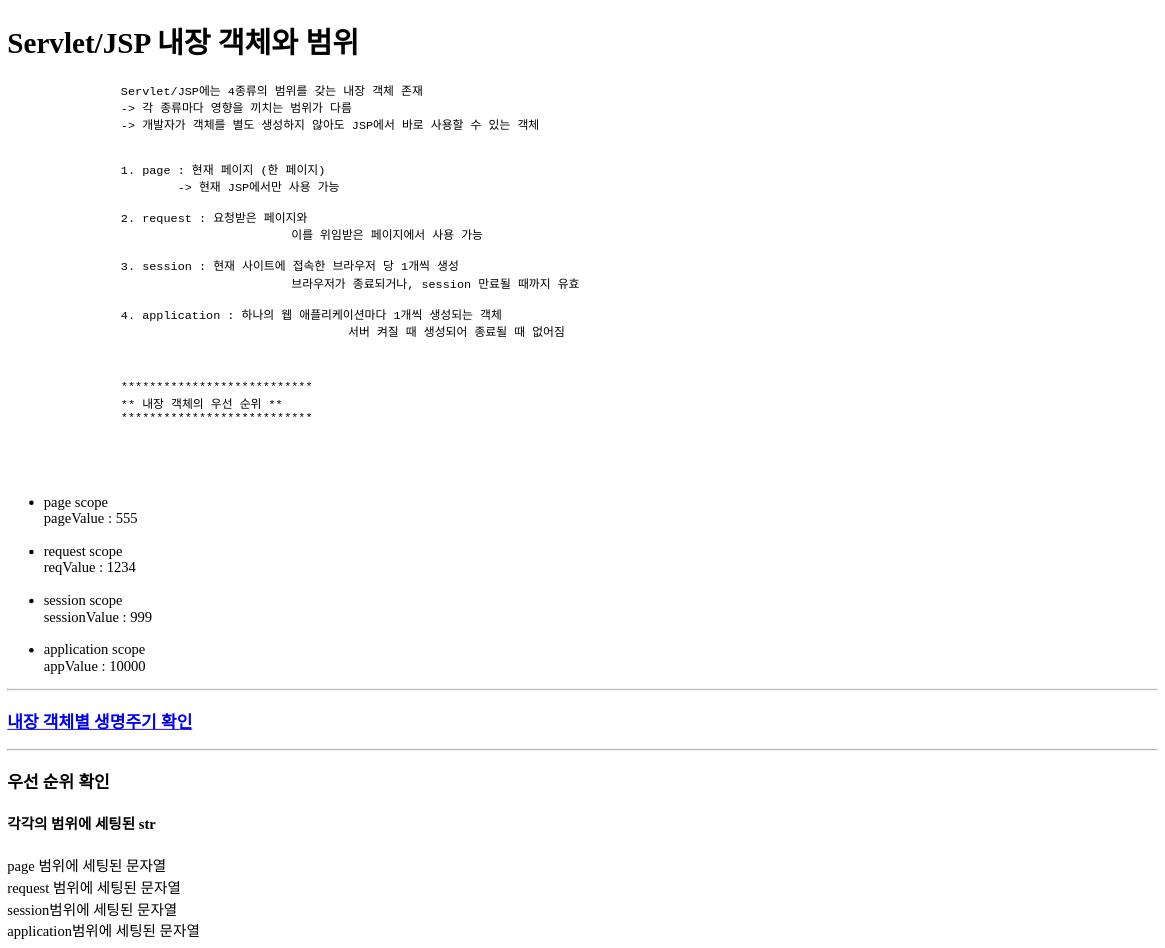
Repository: Rabsterd/6_Server
Page: http://localhost/JSPProject2/scope
These files come from the project's save history. The page is drawn as it stood at one moment and after the next save; the edit follows.
The browser window is 1280 px wide. The pictures show the whole page, at 91% of full size.
The page is served by Tomcat 9.

Above is the page before, as saved 2023-09-19 02:45:56.

After the next save:
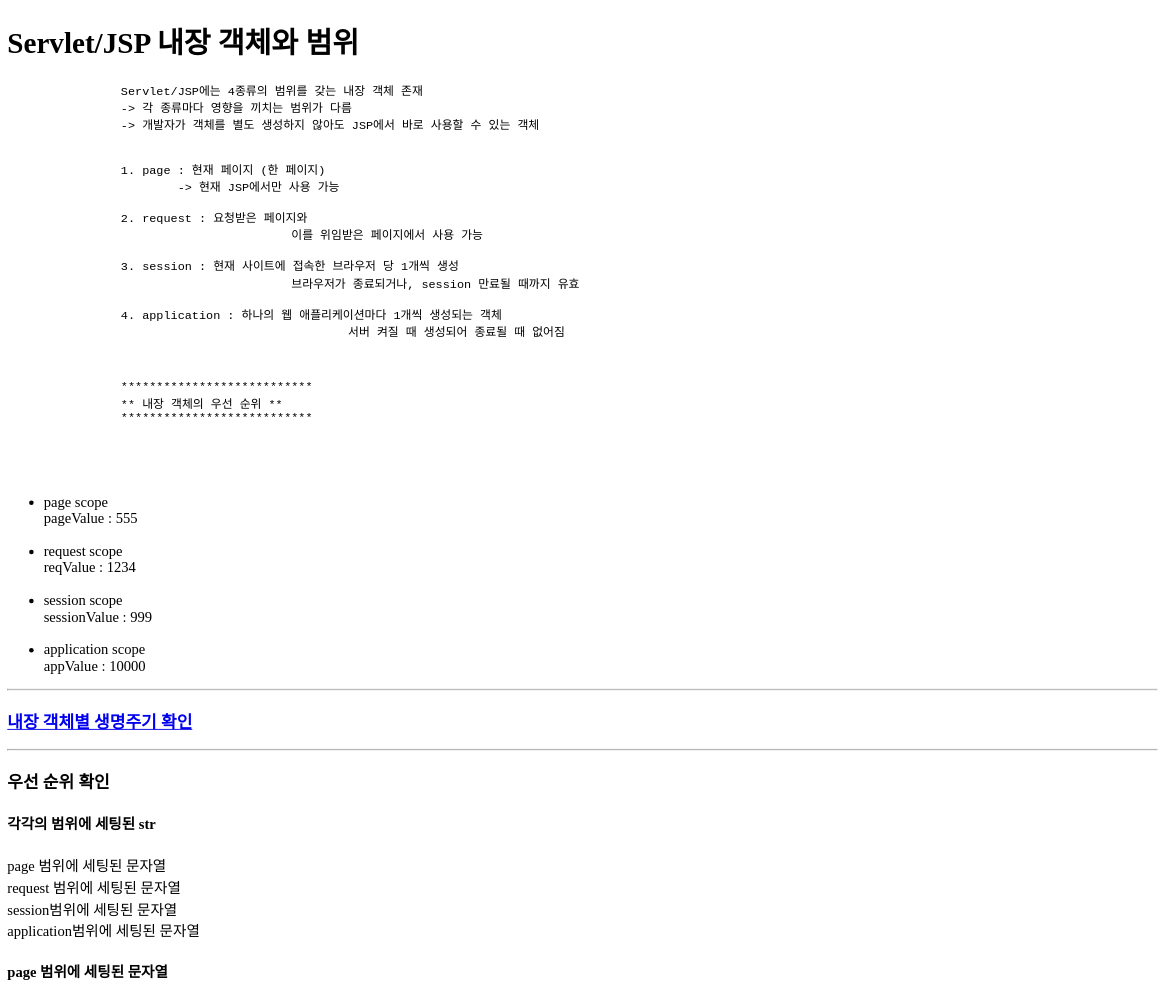
Saved 92 s later.
--- a/JSPProject2/src/main/webapp/WEB-INF/views/scope/scope.jsp
+++ b/JSPProject2/src/main/webapp/WEB-INF/views/scope/scope.jsp
@@ -89,5 +89,9 @@
 	${requestScope.str} <br>
 	${sessionScope.str} <br>
 	${applicationScope.str} <br>
+
+	<h4>${str}</h4>
+	<%-- 우선순위에 의해 가장 우선순위가 높은 page가 나온다 --%>
+
 </body>
 </html>
